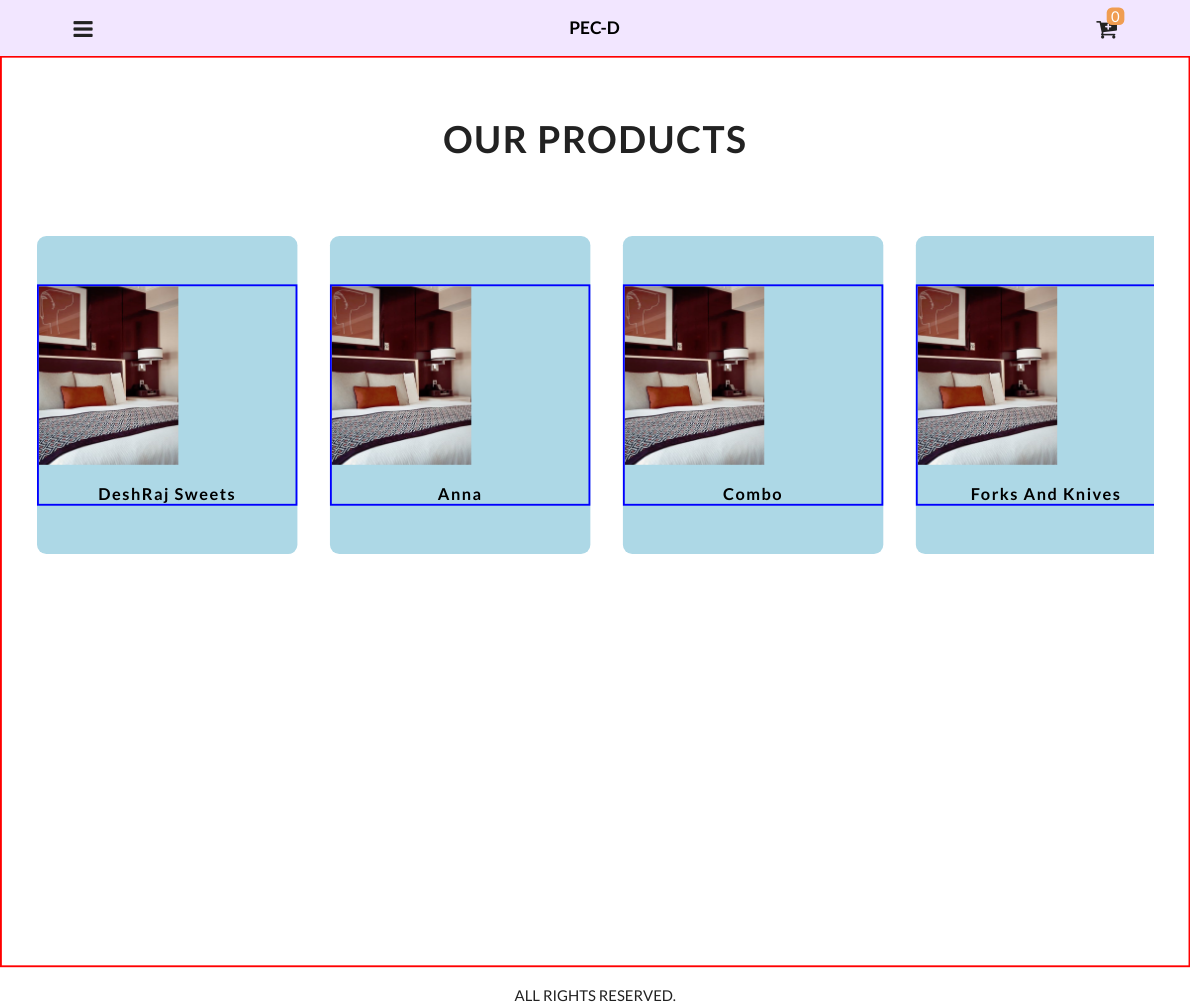
Repository: CHIR4G7/PEC-D
Page: http://localhost/
These files come from the project's save history. The page is drawn as it stood at one moment and after the next save; the edit follows.
The browser window is 1280 px wide. The pictures show the whole page, at 93% of full size.
The page is served by the project's Node server (app.js).

Above is the page before, as saved 2023-07-08 01:20:21.

### public/index.html
<!DOCTYPE html>
<html lang="en">

<head>
    <meta charset="UTF-8">
    <meta http-equiv="X-UA-Compatible" content="IE=edge">
    <meta name="viewport" content="width=device-width, initial-scale=1.0">
    <title>PEC-D</title>
    <link rel="stylesheet" href="https://cdnjs.cloudflare.com/ajax/libs/font-awesome/4.7.0/css/font-awesome.min.css">
    <link rel="stylesheet" href="css/style.css">
</head>

<body>
    <!-- navabr -->
    <nav class="navbar">
        <div class="navbar-center">
            <span class="nav-icon">
                <i class="fa fa-bars"></i>
            </span>
            <!-- <img src="/images/logo.svg" alt="logo" class="sr"> -->
            <h3 class="logo-name">PEC-D</h3>
            <div class="cart-btn">
                <span class="nav-icon">
                    <i class="fa fa-cart-plus"></i>
                </span>
                <div class="cart-items">0</div>
            </div>
        </div>
    </nav>
    <!-- end of navbar -->

    <!-- hero -->
    <!-- <header class="hero">
        <div class="banner">
            <h1 class="banner-title">FURNITURE COLLECTION</h1>
            <button class="banner-btn">SHOW NOW</button>
        </div>
    </header> -->
    <!-- end of hero -->

    <!-- products -->
    <div class="products">
         <div class="section-title">
            <h2>OUR PRODUCTS</h2>
        </div>
        <div class="body1">
            <div class="content">
                <ul class="content-inner">
                    <!-- <li class="card">
                        <article class="product">
                            <div class="img-container">
                                <img src="/images/product-1.jpeg" alt="product" class="product-img">
                                <button class="bag-btn" data-id="1">
                                    <i class="fa fa-shopping-cart"></i>
                                    add to bag.
                                </button>
                            </div>
                            <h3>add name</h3>

                        </article>
                    </li>
                    <li class="card">
                        <article class="product">
                            <div class="img-container">
                                <img src="/images/product-1.jpeg" alt="product" class="product-img">
                                <button class="bag-btn" data-id="1">
                                    <i class="fa fa-shopping-cart"></i>
                                    add to bag.
                                </button>
                            </div>
                            <h3>add name</h3>

                        </article>
                    </li>
                    <li class="card">
                        <article class="product">
                            <div class="img-container">
                                <img src="/images/product-1.jpeg" alt="product" class="product-img">
                                <button class="bag-btn" data-id="1">
                                    <i class="fa fa-shopping-cart"></i>
                                    add to bag.
                                </button>
                            </div>
                            <h3>add name</h3>

                        </article>
                    </li> -->

                </ul>
            </div>
        </div>
        <div class="products-center">
            <!-- single product -->

            <!-- PRODCUT DETIALS -->
            <!-- <article class="product">
                <div class="img-container">
                    <img src="/images/product-1.jpeg" alt="product" class="product-img">
                    <button class="bag-btn" data-id="1">
                        <i class="fa fa-shopping-cart"></i>
                        add to bag.
                    </button>
                </div>
                <h3>add name</h3>

            </article> -->
            <!-- THIS IS END OF PRODUCT DETIALS -->

            <!-- PRODCUT DETIALS -->
            <!-- <article class="product">
                <div class="img-container">
                    <img src="/images/product-8.jpeg" alt="product" class="product-img">
                    <button class="bag-btn" data-id="1">
                        <i class="fa fa-shopping-cart"></i>
                        add to bag.
                    </button>
                </div>
                <h3>TABLE</h3>
                <h4>$11.99</h4>
            </article> -->
            <!-- THIS IS END OF PRODUCT DETIALS -->

            <!-- PRODCUT DETIALS -->
            <!-- <article class="product">
                <div class="img-container">
                    <img src="/images/product-7.jpeg" alt="product" class="product-img">
                    <button class="bag-btn" data-id="1">
                        <i class="fa fa-shopping-cart"></i>
                        add to bag.
                    </button>
                </div>
                <h3>COUCH</h3>
                <h4>$42.99</h4>
            </article> -->
            <!-- THIS IS END OF PRODUCT DETIALS -->

            <!-- PRODCUT DETIALS -->
            <!-- <article class="product">
                <div class="img-container">
                    <img src="/images/product-2.jpeg" alt="product" class="product-img">
                    <button class="bag-btn" data-id="1">
                        <i class="fa fa-shopping-cart"></i>
                        add to bag.
                    </button>
                </div>
                <h3>KING PANEL BED</h3>
                <h4>$12.99</h4>
            </article> -->
            <!-- THIS IS END OF PRODUCT DETIALS -->

            <!-- PRODCUT DETIALS -->
            <!-- <article class="product">
                <div class="img-container">
                    <img src="/images/product-5.jpeg" alt="product" class="product-img">
                    <button class="bag-btn" data-id="1">
                        <i class="fa fa-shopping-cart"></i>
                        add to bag.
                    </button>
                </div>
                <h3>FRIDGE</h3>
                <h4>$34.99</h4>
            </article> -->
            <!-- THIS IS END OF PRODUCT DETIALS -->

            <!-- PRODCUT DETIALS -->
            <!-- <article class="product">
                <div class="img-container">
                    <img src="/images/product-6.jpeg" alt="product" class="product-img">
                    <button class="bag-btn" data-id="1">
                        <i class="fa fa-shopping-cart"></i>
                        add to bag.
                    </button>
                </div>
                <h3>DRESSER</h3>
                <h4>$22.99</h4>
            </article> -->
            <!-- THIS IS END OF PRODUCT DETIALS -->

            <!-- PRODCUT DETIALS -->
            <!-- <article class="product">
                <div class="img-container">
                    <img src="/images/product-3.jpeg" alt="product" class="product-img">
                    <button class="bag-btn" data-id="1">
                        <i class="fa fa-shopping-cart"></i>
                        add to bag.
                    </button>
                </div>
                <h3>TWIN PANEL BED</h3>
                <h4>$17.99</h4>
            </article> -->
            <!-- THIS IS END OF PRODUCT DETIALS -->

            <!-- PRODCUT DETIALS -->
            <!-- <article class="product">
                <div class="img-container">
                    <img src="/images/product-4.jpeg" alt="product" class="product-img">
                    <button class="bag-btn" data-id="1">
                        <i class="fa fa-shopping-cart"></i>
                        add to bag.
                    </button>
                </div>
                <h3>SINGLE PANEL BED</h3>
                <h4>$23.99</h4>
            </article> -->
            <!-- THIS IS END OF PRODUCT DETIALS -->
        </div>
    </div>
    <!-- end of products -->




    <!-- CART BEGINS -->
    <div class="cart-overlay">
        <div class="cart">
            <span class="close-cart">
                <i class="fa fa-window-close"></i>
            </span>
            <h2>YOUR CART</h2>
            <div class="cart-content">
                <!-- cart item -->
                <div class="cart-item">
                    <!-- <img src="/images/product-1.jpeg" alt="product">
                    <div>
                        <h4>QUEEN BED</h4>
                        <h5>$9.00</h5>
                        <span class="remove-item">Remove</span>
                    </div>
                    <div>
                        <i class="fa fa-chevron-up"></i>
                        <p class="item-amount">0</p>
                        <i class="fa fa-chevron-down"></i>
                    </div> -->
                </div>
                <!-- end of cart item -->

            </div>

            <div class="cart-footer">
                <h3>YOUR TOTAL : $ <span class="cart-total"></span></h3>
                <button class="clear-cart banner-btn">CLEAR CART</button>
            </div>

        </div>
    </div>
    <!-- CART ENDS -->
    <!-- FOOOTER -->
    <div class="footer">
        ALL RIGHTS RESERVED.
    </div>
    <!-- END OF THE FOOTER -->

    <script src="src/script.js"></script>
</body>

</html>

### app.js
import express from "express";
import bodyParser from "body-parser";

const app = express();
const port = 5002;
app.use(express.static("public"))
app.use(bodyParser.urlencoded({extended:true}));
app.set("view engine","ejs");


app.get("/",(request,response)=>
{
    response.sendFile("/Users/chirag/Desktop/PEC D/public/index.html");
})

app.listen(port,()=>
{
    console.log("server working");
})

### public/css/style.css
@import url("https://fonts.googleapis.com/css?family=Lato:400,700");


/* creating variables */
:root {
    --primaryColor: #f09d51;
    --mainWhite: #fff;
    --mainBlack: #222;
    --mainGrey: #ececec;
    --mainSpacing: 0.1rem;
    --mainTransition: all 0.3s linear;
}

/* resetting elements */
* {
    margin: 0;
    padding: 0;
    box-sizing: border-box;
}


body {
    color: var(--mainBlack);
    background: var(--mainWhite);
    font-family: "Lato", sans-serif;
}


/* navbar */
.navbar {
    position: sticky;
    top: 0;
    height: 60px;
    width: 100%;
    display: flex;
    align-items: center;
    background: #f2e6ff;
    z-index: 1;
}

.logo-name
{
    color: black;
}

.navbar-center {
    width: 100%;
    max-width: 1170px;
    margin: 0 auto;
    display: flex;
    align-items: center;
    justify-content: space-between;
    padding: 0 1.5rem;
}

.nav-icon {
    font-size: 1.5rem;
}

.cart-btn {
    position: relative;
    cursor: pointer;
}

.cart-items {
    position: absolute;
    top: -8px;
    right: -8px;
    background: var(--primaryColor);
    padding: 0 5px;
    border-radius: 30%;
    color: var(--mainWhite);
}

/* hero */
.hero {
    min-height: calc(100vh - 60px);
    background: url("./images/bg-3.jpg") center/cover no-repeat;
    display: flex;
    align-items: center;
    justify-content: center;
  }
  .banner {
    text-align: center;
    background: #f2e6ff;
    display: inline-block;
    padding: 2rem;
  }
  .banner-title {
    font-size: 3.4rem;
    text-transform: uppercase;
    letter-spacing: var(--mainSpacing);
    margin-bottom: 3rem;
  }
  .banner-btn {
    padding: 1rem 3rem;
    text-transform: uppercase;
    letter-spacing: var(--mainSpacing);
    font-size: 1rem;
    background: #9999FF;
    color: var(--mainBlack);
    border: 1px solid var(--primaryColor);
    transition: var(--mainTransition);
    cursor: pointer;
  }
  .banner-btn:hover {
    background: transparent;
    color: var(--primaryColor);
  }


  /* products */
  .products {
    padding: 4rem 0;
    border: 2px solid red;
  }
  .section-title h2 {
    text-align: center;
    font-size: 2.5rem;
    margin-bottom: 5rem;
    text-transform: capitalize;
    letter-spacing: var(--mainSpacing);
  }
  .products-center {
    width: 90vw;
    margin: 0 auto;
    max-width: 1170px;
    display: grid;
    grid-template-columns: repeat(auto-fit, minmax(260px, 1fr));
    grid-column-gap: 1.5rem;
    grid-row-gap: 2rem;
  }
  .img-container {
    position: relative;
    overflow: hidden;
  }
  .bag-btn {
    position: absolute;
    top: 70%;
    right: 0;
    background: var(--primaryColor);
    border: none;
    text-transform: uppercase;
    padding: 0.5rem 0.75rem;
    letter-spacing: var(--mainSpacing);
    font-weight: bold;
    transition: var(--mainTransition);
    transform: translateX(101%);
    cursor: pointer;
  }
  .bag-btn:hover {
    color: var(--mainWhite);
  }
  .fa-shopping-cart {
    margin-right: 0.5rem;
  }
  .img-container:hover .bag-btn {
    transform: translateX(0);
  }
  .product-img {
    display: block;
    width: 100%;
    min-height: 12rem;
    transition: var(--mainTransition);
  }
  .img-container:hover .product-img {
    opacity: 0.5;
  }

  .product
  {
    border: 2px solid blue;
  }

  .product h3 {
    text-transform: capitalize;
    font-size: 1.1rem;
    margin-top: 1rem;
    letter-spacing: var(--mainSpacing);
    text-align: center;
  }

  .product h4 {
    margin-top: 0.7rem;
    letter-spacing: var(--mainSpacing);
    color: var(--primaryColor);
    text-align: center;
  }


   /* slider*/

   .body1
{
    display: flex;

    justify-content: center;
    min-height: 100vh;
    /* background-color: lawngreen; */
    /* border: 2px solid yellow; */
    padding: 0 35px;
}
.card img
{
    height: 150px;
    width: 150px;
    margin-bottom: 5px;
    object-fit: cover;
}
.content
{
    max-width: 1200px;
    width: 100%;
    /* position: relative; */
    /* border: 2px solid red; */
}
.content .content-inner
{
    display: grid;
    grid-auto-flow: column;
    grid-auto-columns: 25%;
    gap: 15px;
    /* overflow: hidden; */
    overflow-x: auto;
    scroll-snap-type: x mandatory;
    scroll-behavior: smooth;
    scrollbar-width: 0;

}
.content .card
{
    list-style: none;
    background-color: lightblue;
    color: black;
    border-radius: 10px;
    height: 342px;
     display: flex;
    flex-direction: column;
    /*align-items: center;*/
    justify-content: center;
    cursor: pointer;
    width: 280px;

}
.content i
{
    height: 30px;
    width: 50px;
    margin: 10px;
    background-color: wheat;
    color: black;
    text-align: center;
    line-height: 25px;
    border-radius: 50%;
    cursor: pointer;
}
.card-item
{
    display: flex;
    flex-direction: column;
    justify-content: center;
    align-items: center;
    margin: 15px;
    padding-top: 5px;
}
.card-item h4
{
    margin-bottom: 4px;
}

   */

  /* cart */
  .cart-overlay {
    position: fixed;
    top: 0;
    right: 0;
    width: 100%;
    height: 100%;
    transition: var(--mainTransition);
    background: rgb(240, 157, 81, 0.5);
    z-index: 2;
    visibility: hidden;
  }
  .cart {
    position: fixed;
    top: 0;
    right: 0;
    width: 100%;
    height: 100%;
    overflow: scroll;
    z-index: 3;
    background: rgb(231, 226, 221);
    padding: 1.5rem;
    transition: var(--mainTransition);
    transform: translateX(100%);
  }
  .showCart {
    transform: translateX(0);
  }
  .transparentBcg {
    visibility: visible;
  }
  @media screen and (min-width: 768px) {
    .cart {
      width: 30vw;
      min-width: 450px;
    }
  }

  .close-cart {
    font-size: 1.7rem;
    cursor: pointer;
  }
  .cart h2 {
    text-transform: capitalize;
    text-align: center;
    letter-spacing: var(--mainSpacing);
    margin-bottom: 2rem;
  }
  /*---------- Cart Item -------------------- */
  .cart-item {
    display: grid;
    align-items: center;
    grid-template-columns: auto 1fr auto;
    grid-column-gap: 1.5rem;
    margin: 1.5rem 0;
  }
  .cart-item img {
    width: 75px;
    height: 75px;
  }
  .cart-item h4 {
    font-size: 0.85rem;
    text-transform: capitalize;
    letter-spacing: var(--mainSpacing);
  }
  .cart-item h5 {
    margin: 0.5rem 0;
    letter-spacing: var(--mainSpacing);
  }
  .item-amount {
    text-align: center;
  }
  .remove-item {
    color: black;
    cursor: pointer;
  }
  .fa-chevron-up,
  .fa-chevron-down {
    color: var(--primaryColor);
    cursor: pointer;
  }
  /*---------- End of Cart Item -------------------- */

  .cart-footer {
    margin-top: 2rem;
    letter-spacing: var(--mainSpacing);
    text-align: center;
  }
  .cart-footer h3 {
    text-transform: capitalize;
    margin-bottom: 1rem;
  }


  /* FOOTER */
  .footer
  {
    position: relative;
    text-align: center;
    top: 20px;
  }

### public/src/script.js


const productsDOM = document.querySelector('.content-inner');

let shoparray = [];//ISME SAAARI KI SAARI DETAILS PADI HAIN PRODUCT K

class Shops{

    async getProducts() {
        try {
            let result = await fetch('./shops.json');
            let data = await result.json();

            //destructuring
            const shopsArray = data.shops.map(shop => ({ id: shop.id, name: shop.sname, image: shop.image}));

            return shopsArray;
        }
        catch (error) {
            console.log("r");
        }
    }

};

class display
{
    displayShops(shops)
    {
        let result = '';
       shops.forEach((shop)=>
       {
        console.log(shop.id);
        // result+=`${shop.id}`
        result+=` <li class="card">
        <article class="product">
            <div class="img-container">
                <img src="/images/product-1.jpeg" alt="product" class="product-img">
                <button class="bag-btn" data-id="1">

                    add to bag.
                </button>
            </div>
            <h3>${shop.name}</h3>

        </article>
    </li>`;

       })
    //    console.log("c");
    productsDOM.innerHTML = result;
    }
};





//displaying the products

function displayProducts(shoparray)
{
    let result = '';
    shoparray.forEach(product => {
        result += `      <article class="product">
        <div class="img-container">
            <img src="/images/product-1.jpeg" alt="product" class="product-img">
            <button class="bag-btn" data-id=${product.id}>
                <i class="fa fa-shopping-cart"></i>
                add to bag.
            </button>
        </div>
        <h3>${product.name}</h3>`;
        console.log(product);
    })
    productsDOM.innerHTML = result;
}


    // console.log(shoparray);

    // till here
    document.addEventListener("DOMContentLoaded", () => {
        //when dom loads get the product info stored in an array SHOPSARRAY
        // (async function () {
        //     try {
        //         const shopsarray = await getProducts();
        //         shopsarray.forEach((e) => {
        //             shoparray.push(e);
        //         })
        //     }
        //     catch (error) {
        //         console.log(error);
        //     }
        // })();
        // console.log(shoparray);
        // displayProducts(shoparray);
        const shops = new Shops();
        const displaying = new display();

        shops.getProducts().then(products=>
            {
                displaying.displayShops(products);
                // console.log(products);
            })

    })

### public/shops.json
{
    "shops" :
    [
        {
            "id" : 1,
            "sname" : "DeshRaj Sweets",
            "image" : "public/images/product-1.jpeg"
        },
        {
            "id" : 2,
            "sname" : "Anna",
            "image" : "public/images/product-1.jpeg"
        },
        {
            "id" : 3,
            "sname" : "Combo",
            "image" : "public/images/product-1.jpeg"
        },
        {
            "id" : 4,
            "sname" : "Forks and Knives",
            "image" : "public/images/product-1.jpeg"
        },
        {
            "id" : 5,
            "sname" : "Pandit",
            "image" : "public/images/product-1.jpeg"
        },
        {
            "id" : 6,
            "sname" : "Yankess",
            "image" : "public/images/product-1.jpeg"
        }
    ]
}

After the next save:
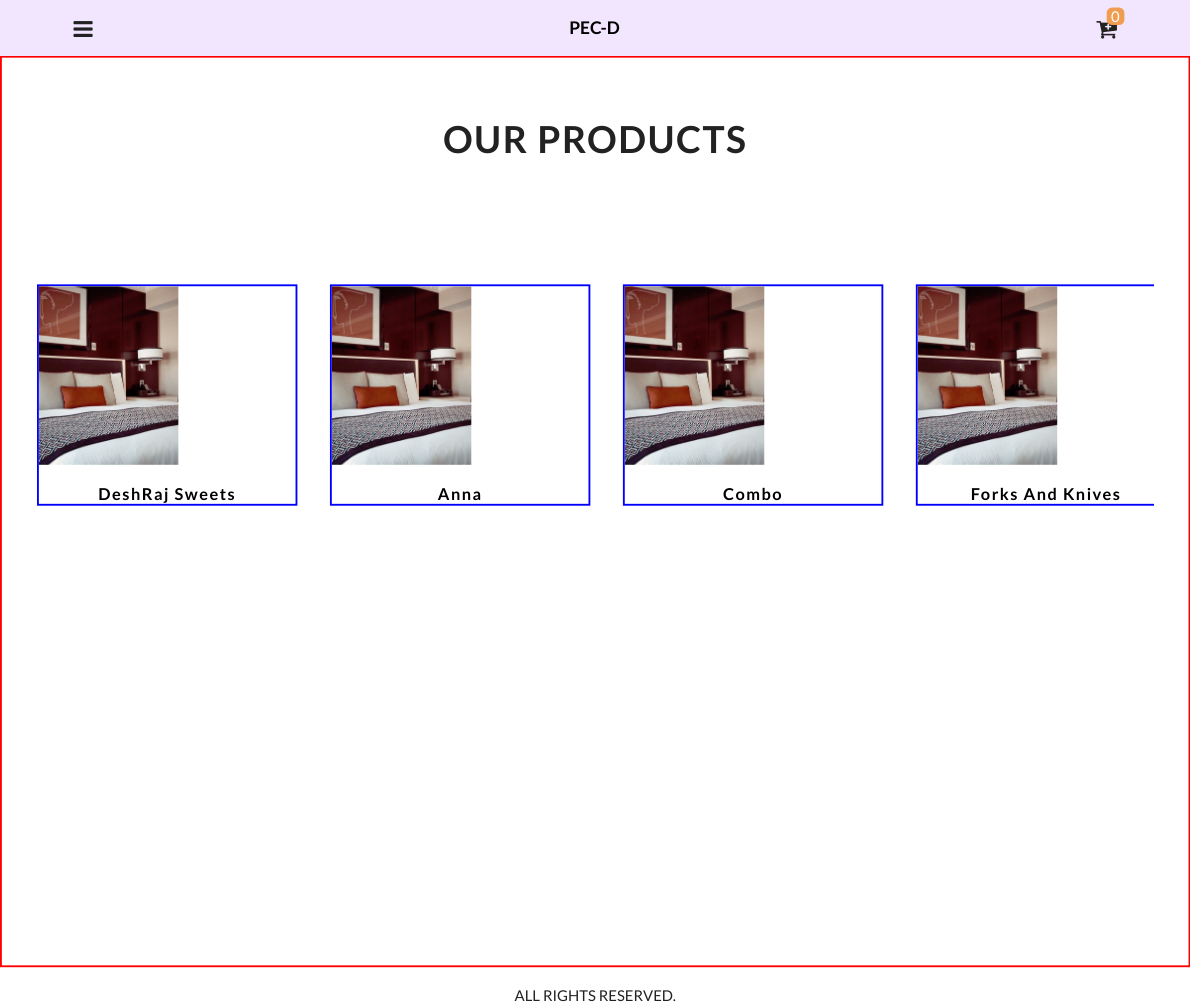
Saved 47 s later.
--- a/public/css/style.css
+++ b/public/css/style.css
@@ -230,7 +230,7 @@ body {
 .content .card
 {
     list-style: none;
-    background-color: lightblue;
+    /* background-color: lightblue; */
     color: black;
     border-radius: 10px;
     height: 342px;
